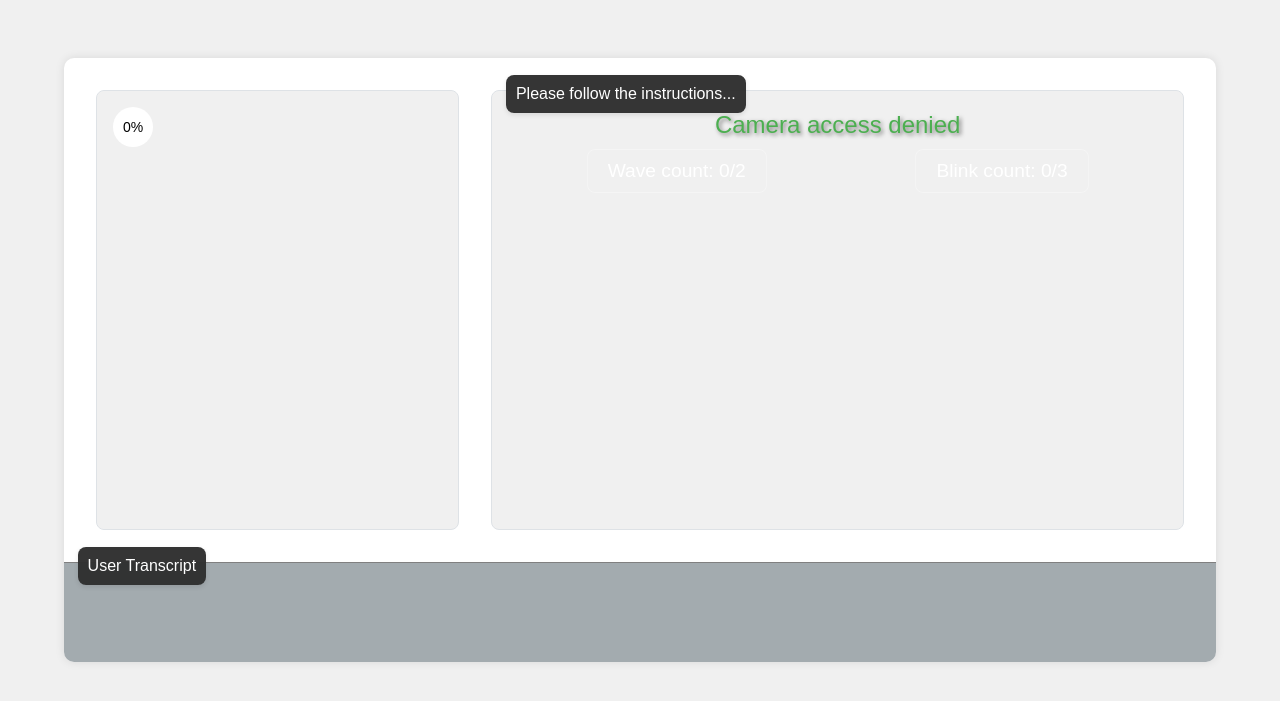
Repository: Ayaanns/E-kyc-BE-project
Page: http://localhost/
An editor plug-in stored every save of this project. The page is shown before and after the next save, followed by the edit.
The browser window is 1280 px wide. The pictures show the whole page.
The page is served by the project's application, run on Django 4.2 (manage.py). A made-up administrator, testuser (Test User, test@example.com), is signed in. Other server files are loaded and not shown.

Above is the page before, as saved 2025-03-02 02:16:09.

### templates/home.html
<!DOCTYPE html>
<html lang="en">
<head>
    {% load static %}
    <meta charset="UTF-8">
    <meta name="viewport" content="width=device-width, initial-scale=1.0">
    <link rel="stylesheet" href="{% static 'styles.css' %}">
    <style>
        .webcam-feed {
            position: relative;
            width: 100%;
            height: auto;
        }

        .webcam-feed video {
            width: 100%;
            height: auto;
            border-radius: 15px;
            object-fit: cover;
        }

        /* Overlay container for status indicators */
        .status-overlay {
            position: absolute;
            top: 0;
            left: 0;
            right: 0;
            z-index: 10;
            padding: 20px;
            /* background: linear-gradient(to bottom, rgba(0,0,0,0.7) 0%, transparent 100%); */
            border-radius: 15px 15px 0 0;
        }

        .status-indicators {
            display: flex;
            justify-content: space-around;
            margin: 10px 0;
            font-size: 1.2em;
        }

        .status-box {
            /* background: rgba(0,0,0,0.5); */
            padding: 10px 20px;
            border-radius: 8px;
            /* text-align: center; */
            color: white;
            border: 1px solid rgba(255,255,255,0.3);
        }

        .verification-message {
            font-size: 1.5em;
            color: #4caf50;
            text-align: center;
            margin: 0 0 10px 0;
            text-shadow: 2px 2px 4px rgba(0,0,0,0.5);
        }

        .questions {
            position: absolute;
            /* bottom: 20px; */
            /* left: 0;
            right: 0; */
            text-align: center;
            color: white;
            background: rgba(48, 48, 48, 0.973);
            padding: 10px;
            margin: 0 20px;
            border-radius: 8px;
        }
    </style>
</head>
<body>
    <div class="container">
        <div class="content">
            <div class="result-feed">
                <div class="completion-circle" id="completion-circle">0%</div>
            </div>
            <div class="webcam-feed">
                <video id="webcam" autoplay></video>
                <div class="status-overlay">
                    <div class="verification-message" id="messageText">Starting verification...</div>
                    <div class="status-indicators">
                        <div class="status-box">
                            Wave count: <span id="waveCount">0</span>/2
                        </div>
                        <div class="status-box">
                            Blink count: <span id="blinkCount">0</span>/3
                        </div>
                    </div>
                </div>
                <canvas id="canvasElement" style="display:none;"></canvas>
                <div class="questions" id="questions">Please follow the instructions...</div>
            </div>
        </div>
        <div class="transcript-section">
            <span class="questions">User Transcript</span>
            <p id="transcript"></p>
        </div>
    </div>

    <script>
        // Existing initialization code
        const video = document.getElementById('webcam');
        const canvas = document.getElementById('canvasElement');
        const ctx = canvas.getContext('2d');
        let verificationComplete = false;

        // Initialize webcam with human verification
        async function initCamera() {
            try {
                const stream = await navigator.mediaDevices.getUserMedia({ video: true });
                video.srcObject = stream;
                startVerificationProcess();
            } catch (err) {
                console.error("Error accessing camera:", err);
                document.getElementById('messageText').textContent = "Camera access denied";
            }
        }

        // Process frames for verification
        function processFrame() {
            if (verificationComplete) return;

            if (video.readyState === video.HAVE_ENOUGH_DATA) {
                canvas.width = video.videoWidth;
                canvas.height = video.videoHeight;
                ctx.drawImage(video, 0, 0);

                const frameData = canvas.toDataURL('image/jpeg');

                // Update the fetch URL to match the Django URL pattern
                fetch('{% url "process_frame" %}', {
                    method: 'POST',
                    headers: {
                        'Content-Type': 'application/json',
                        'X-CSRFToken': getCookie('csrftoken')
                    },
                    body: JSON.stringify({
                        frame: frameData
                    })
                })
                .then(response => response.json())
                .then(data => {
                    updateVerificationUI(data);
                    if (!data.phase_complete) {
                        requestAnimationFrame(processFrame);
                    }
                })
                .catch(err => {
                    console.error("Error:", err);
                    requestAnimationFrame(processFrame);
                });
            } else {
                requestAnimationFrame(processFrame);
            }
        }

        // Update UI with verification status
        function updateVerificationUI(data) {
            document.getElementById('messageText').textContent = data.message;
            document.getElementById('waveCount').textContent = data.wave_count;
            document.getElementById('blinkCount').textContent = data.blink_count;

            // Calculate completion percentage
            const totalSteps = 5; // 2 waves + 3 blinks
            const completedSteps = data.wave_count + data.blink_count;
            const percentage = Math.round((completedSteps / totalSteps) * 100);
            updateProgressCircle(percentage);

            if (data.phase_complete) {
                verificationComplete = true;
                startNLPProcess();
            }
        }

        // Existing helper functions
        function updateProgressCircle(percentage) {
            const circle = document.getElementById('completion-circle');
            circle.textContent = percentage + '%';
            circle.style.background = `conic-gradient(#4caf50 ${percentage * 3.6}deg, #ddd ${percentage * 3.6}deg)`;
        }

        function updateTranscript(data) {
            const transcript = document.getElementById('transcript');
            transcript.textContent = `First Name: ${data.first_name}, Last Name: ${data.last_name}, Age: ${data.age}, Phone: ${data.phone}`;
        }

        function askQuestion(question) {
            const questionsDiv = document.getElementById('questions');
            questionsDiv.textContent = question;
        }

        function startVerificationProcess() {
            document.getElementById('messageText').textContent = "Wave your hand to begin";
            processFrame();
        }

        // Modified startNLPProcess
        function startNLPProcess() {
            document.getElementById('messageText').textContent = "Verification complete! Starting voice recognition...";
            fetch('/nlp_process/')
                .then(response => response.json())
                .then(data => {
                    if (data.status === 'success') {
                        updateTranscript(data);
                        askQuestion("NLP process complete.");
                    } else {
                        askQuestion("NLP process failed.");
                    }
                })
                .catch(error => console.error('Error:', error));
        }

        // Get CSRF token
        function getCookie(name) {
            let cookieValue = null;
            if (document.cookie && document.cookie !== '') {
                const cookies = document.cookie.split(';');
                for (let i = 0; i < cookies.length; i++) {
                    const cookie = cookies[i].trim();
                    if (cookie.substring(0, name.length + 1) === (name + '=')) {
                        cookieValue = decodeURIComponent(cookie.substring(name.length + 1));
                        break;
                    }
                }
            }
            return cookieValue;
        }

        // Start the process
        document.addEventListener('DOMContentLoaded', (event) => {
            initCamera();
        });
    </script>
</body>
</html>

### ekyc/models.py
from django.db import models
from django.contrib.auth.models import AbstractBaseUser, PermissionsMixin, BaseUserManager
from django.utils import timezone
import random

class CustomUserManager(BaseUserManager):
    def create_user(self, email, username, password=None, **extra_fields):
        if not email:
            raise ValueError("The Email field must be set")
        email = self.normalize_email(email)
        user = self.model(email=email, username=username, **extra_fields)
        user.set_password(password)
        user.save(using=self._db)
        return user

    def create_superuser(self, email, username, password=None, **extra_fields):
        #extra_fields.setdefault('is_staff', True)
        extra_fields.setdefault('is_superuser', True)

        # if not extra_fields.get('is_staff'):
        #     raise ValueError("Superuser must have is_staff=True.")
        if not extra_fields.get('is_superuser'):
            raise ValueError("Superuser must have is_superuser=True.")

        return self.create_user(email, username, password, **extra_fields)

class CustomUser(AbstractBaseUser, PermissionsMixin):
    email = models.EmailField(unique=True)
    username = models.CharField(max_length=150, unique=True)
    is_active = models.BooleanField(default=True)
    pin = models.CharField(max_length=6)
    created_at = models.DateTimeField(auto_now_add=True)
    expires_at = models.DateTimeField(default=timezone.now)
    is_verified = models.BooleanField(default=True)

    objects = CustomUserManager()

    USERNAME_FIELD = 'email'
    REQUIRED_FIELDS = ['username']

    def __str__(self):
        return self.email


    def generate_pin(self):
        self.pin = str(random.randint(100000, 999999))
        self.expires_at = timezone.now() + timezone.timedelta(minutes=2)
        self.save()
        return self.pin

    def verify_pin(self, entered_pin):
        if timezone.now() > self.expires_at:
            return False, "PIN has Expired!"

        if self.pin != entered_pin:
            return False, "Incorrect PIN!"

        self.is_verified = True
        self.save()
        return True, "Email Successfully Verified!"


#models for sending the code and receving the code.
# class SendCode(models.Model): #for sending the code
#     email = models.OneToOneField(CustomUser, null=True, on_delete=models.CASCADE)
#     send_code = models.CharField(max_length=20)
#
#     def __str__(self):
#         return self.send_code
#
# class ReceivedCode(models.Model): #for sending the code
#     email = models.OneToOneField(CustomUser, null=True, on_delete=models.CASCADE)
#     receive_code = models.CharField(max_length=20)
#
#     def __str__(self):
#         return self.receive_code

# Create your models here.
class KYCSession(models.Model):
    name = models.CharField(max_length=100)
    birth_date = models.DateField()
    id_card_image = models.ImageField(upload_to='id_cards/')
    liveness_score = models.FloatField()
    result = models.TextField()
    created_at = models.DateTimeField(auto_now_add=True)

    def __str__(self):
        return self.name

### ekyc/views.py
from django.shortcuts import render, redirect
from django.urls import reverse_lazy
from django.contrib.auth.decorators import login_required
from django.contrib.auth import login, authenticate, get_user_model
from django.contrib.messages.views import SuccessMessageMixin
from django.contrib.auth.views import LoginView
from django.contrib import messages
from django.core.mail import send_mail
from django.conf import settings
from django.http import JsonResponse
from django.views.decorators.csrf import csrf_exempt
import numpy as np
import cv2
import json
import base64

import threading

from .forms import CustomUserCreationForm, CustomAuthenticationForm, PinVerificationForm
from ekyc import logger
from .models import CustomUser
from .HumanV import HumanVerificationSystem
from .NLP import UserInfo, get_user_info
from .OCR import capture_image_with_guide, extract_text_with_confidence, extract_aadhar_details

User = get_user_model()

def send_verification_email(user):
    subject = "Email Verification PIN"
    message = f"""
    Hello {user.username},

    Your email verification PIN is: {user.pin}

    This PIN will expire in 24 hours.

    Thank you,
    Your Website Team
    """
    from_email = settings.DEFAULT_FROM_EMAIL
    recipient_list = [user.email]

    send_mail(subject, message, from_email, recipient_list)

@login_required
def ekyc_home(request):
    return render(request, 'home.html')

def signup_view(request):
    logger.info("into the signup page view")
    if request.method == 'POST':
        form = CustomUserCreationForm(request.POST)
        if form.is_valid():
            user = form.save(commit=False)
            user.is_active = True  # User needs to be active to log in
            user.is_verified = False  # But not verified yet
            user.generate_pin()
            user.save()

            # Send verification email
            send_verification_email(user)

            # Log in the user after signup
            raw_password = form.cleaned_data.get('password1')
            user = authenticate(email=user.email, password=raw_password)
            if user is not None:
                login(request, user)
                messages.success(request, f"Verification PIN sent to {user.email}.")
                return redirect('verify_pin')
    else:
        form = CustomUserCreationForm()
    return render(request, 'signup.html', {'form': form})

@login_required
def verify_pin(request):
    user = request.user

    if user.is_verified:
        messages.info(request, "Your email is already verified.")
        return redirect("ekyc_home")

    if request.method == "POST":
        form = PinVerificationForm(request.POST)
        if form.is_valid():
            entered_pin = form.cleaned_data.get('pin')
            success, message = user.verify_pin(entered_pin)

            if success:
                user.is_verified = True
                user.save()
                messages.success(request, message)
                return redirect('ekyc_home')
            else:
                messages.error(request, message)
    else:
        form = PinVerificationForm()

    return render(request, 'signup.html', {'form': form})

class Login(SuccessMessageMixin, LoginView):
    template_name = 'login.html'
    success_url = reverse_lazy('ekyc_home')
    success_message = "Successfully logged in!"
    form_class = CustomAuthenticationForm

    def get_success_url(self):
        return self.success_url

    def form_valid(self, form):
        """Security check complete. Log the user in."""
        user = form.get_user()
        if not user.is_verified:
            messages.error(self.request, "Please verify your email before logging in.")
            login(self.request, user)
            return redirect('verify_pin')
        return super().form_valid(form)

#--MAIN FEATURS HERE ---------------------------------
@login_required
def process_video(request):
    logger.info("INTO THE process_video PAGE RIGHT NOW!")
    if request.method == "POST":
        video_feed = request.FILES.get('video')
        liveness_score = 0.95
        return JsonResponse({'liveness_score': liveness_score})
    return JsonResponse({'error': 'invalide request'})


@login_required
def process_id_card(request):
    logger.info("INTO THE process_id_card PAGE RIGHT NOW!")
    if request.method == "POST":
        id_image = request.FILES.get('id_image')
        result = "Valid ID"
        return JsonResponse({'result': result})
    return JsonResponse({'error': 'invalide request'})

def home(request):
    return render(request, 'home.html')

@login_required
def human_verification(request):
    """Handle both GET (initial page load) and POST (frame processing) requests"""
    if request.method == 'GET':
        return render(request, 'human_verification.html')

    elif request.method == 'POST':
        try:
            data = json.loads(request.body)
            frame_data = data.get('frame')

            if not frame_data:
                return JsonResponse({
                    'status': 'error',
                    'message': 'No frame data provided'
                })

            # Process the frame using verifier
            frame_bytes = base64.b64decode(frame_data.split(',')[1])
            frame_arr = np.frombuffer(frame_bytes, np.uint8)
            frame = cv2.imdecode(frame_arr, cv2.IMREAD_COLOR)

            result = verifier.verify_frame(frame)
            return JsonResponse(result)

        except Exception as e:
            logger.error(f"Error in human verification: {str(e)}")
            return JsonResponse({
                'status': 'error',
                'message': str(e)
            })

    return JsonResponse({
        'status': 'error',
        'message': 'Invalid request method'
    })

def nlp_process(request):
    user_info = UserInfo()
    stop_event = threading.Event()
    info_thread = threading.Thread(target=get_user_info, args=(stop_event, user_info))
    info_thread.start()
    info_thread.join()
    return JsonResponse({
        'status': 'success',
        'first_name': user_info.first_name,
        'last_name': user_info.last_name,
        'age': user_info.age,
        'phone': user_info.phone
    })

def ocr_process(request):
    image_path = capture_image_with_guide()
    if not image_path:
        return JsonResponse({'status': 'failure', 'message': 'Image capture failed.'})

    text_results = extract_text_with_confidence(image_path)
    if not text_results:
        return JsonResponse({'status': 'failure', 'message': 'No text could be extracted from the image.'})

    details = extract_aadhar_details(text_results)
    return JsonResponse(details)

verifier = HumanVerificationSystem()

@csrf_exempt
def process_frame(request):
    if request.method != 'POST':
        return JsonResponse({'error': 'Only POST requests are allowed'})

    try:
        data = json.loads(request.body)
        frame_data = data.get('frame')

        if not frame_data:
            return JsonResponse({'error': 'No frame data provided'})

        # Convert base64 to frame
        frame_bytes = base64.b64decode(frame_data.split(',')[1])
        frame_arr = np.frombuffer(frame_bytes, np.uint8)
        frame = cv2.imdecode(frame_arr, cv2.IMREAD_COLOR)

        # Process frame
        result = verifier.verify_frame(frame)
        return JsonResponse(result)

    except Exception as e:
        return JsonResponse({'error': str(e)})

@csrf_exempt
def capture_photo(request):
    if request.method != 'POST':
        return JsonResponse({'error': 'Only POST requests are allowed'})

    try:
        data = json.loads(request.body)
        frame_data = data.get('frame')

        if not frame_data:
            return JsonResponse({'error': 'No frame data provided'})

        # Convert base64 to frame
        frame_bytes = base64.b64decode(frame_data.split(',')[1])
        frame_arr = np.frombuffer(frame_bytes, np.uint8)
        frame = cv2.imdecode(frame_arr, cv2.IMREAD_COLOR)

        # Save photo
        filename = verifier.save_photo(frame)
        if filename:
            return JsonResponse({'success': True, 'filename': filename})
        else:
            return JsonResponse({'error': 'Failed to save photo'})

    except Exception as e:
        return JsonResponse({'error': str(e)})

### ekyc_project/urls.py
"""
URL configuration for ekyc_project project.

The `urlpatterns` list routes URLs to views. For more information please see:
    https://docs.djangoproject.com/en/4.2/topics/http/urls/
Examples:
Function views
    1. Add an import:  from my_app import views
    2. Add a URL to urlpatterns:  path('', views.home, name='home')
Class-based views
    1. Add an import:  from other_app.views import Home
    2. Add a URL to urlpatterns:  path('', Home.as_view(), name='home')
Including another URLconf
    1. Import the include() function: from django.urls import include, path
    2. Add a URL to urlpatterns:  path('blog/', include('blog.urls'))
"""

from django.contrib import admin
from django.urls import path, include

urlpatterns = [
    path("admin/", admin.site.urls),
    path('', include('ekyc.urls')),  # Include ekyc app URLs
]

### ekyc/urls.py
from django.urls import path
from . import views

urlpatterns = [
    path('', views.ekyc_home, name="ekyc_home"),
    path('process_video/', views.process_video, name="process_video"),
    path('process_id_card/', views.process_id_card, name="process_id_card"),
    path('human_verification/', views.human_verification, name='human_verification'),
    path('nlp_process/', views.nlp_process, name='nlp_process'),
    path('ocr_process/', views.ocr_process, name='ocr_process'),
    path('process_frame/', views.process_frame, name='process_frame'),
    path('capture_photo/', views.capture_photo, name='capture_photo'),

    #login related routes
    path('login/', views.Login.as_view(), name="login"),
    path('signup/', views.signup_view, name="signup"),
    path('verify/', views.verify_pin, name="verify_pin"),
]

### ekyc/static/styles.css
* {
    margin: 0;
    padding: 0;
    box-sizing: border-box;
}

body {
    font-family: Arial, sans-serif;
    background-color: #f0f0f0;
    height: 100vh;
    display: flex;
    justify-content: center;
    align-items: center;
}

.container {
    width: 90%;
    max-width: 1200px;
    background: white;
    border-radius: 10px;
    box-shadow: 0 0 10px rgba(0,0,0,0.1);
    overflow: hidden;
}

.navbar {
    background: #f8f9fa;
    padding: 1rem;
    border-bottom: 1px solid #dee2e6;
}

.content {
    display: flex;
    padding: 2rem;
    gap: 2rem;
    height: 70vh;
}

.webcam-feed {
    flex: 2;
    background: #f0f0f0;
    border-radius: 8px;
    padding: 1rem;
    position: relative;
    border: 1px solid#dee2e6;
}

.result-feed {
    flex: 1;
    background: #f0f0f0;
    border-radius: 8px;
    padding: 1rem;
    border: 1px solid#dee2e6;
}

.questions {
    top: -1em;
    left: -.4em;
    position: absolute;
    background: white;
    padding: 0.5rem 1rem;
    border-radius: 20px;
    box-shadow: 0 2px 5px rgba(0,0,0,0.1);
}

.transcript-section {
    border-top: 1px solid gray;
    position: relative;
    text-align: left;
    background-color:#a3abaf;
    padding: 2em;
    height: 100px;
}

.completion-circle {
    right: 20px;
    bottom: 20px;
    width: 40px;
    height: 40px;
    border-radius: 50%;
    background: white;
    display: flex;
    align-items: center;
    justify-content: center;
    font-size: 14px;
}

/* Placeholder circles for demo */
/*
.circle {
    width: 100px;
    height: 100px;
    border-radius: 50%;
    border: 2px solid #dee2e6;
    margin: 20px auto;
}

.eye-shape {
    width: 200px;
    height: 100px;
    border-radius: 0 0 100px 100px;
    border: 2px solid #dee2e6;
    margin: 20px auto;
    transform: rotate(180deg);
}
*/

After the next save:
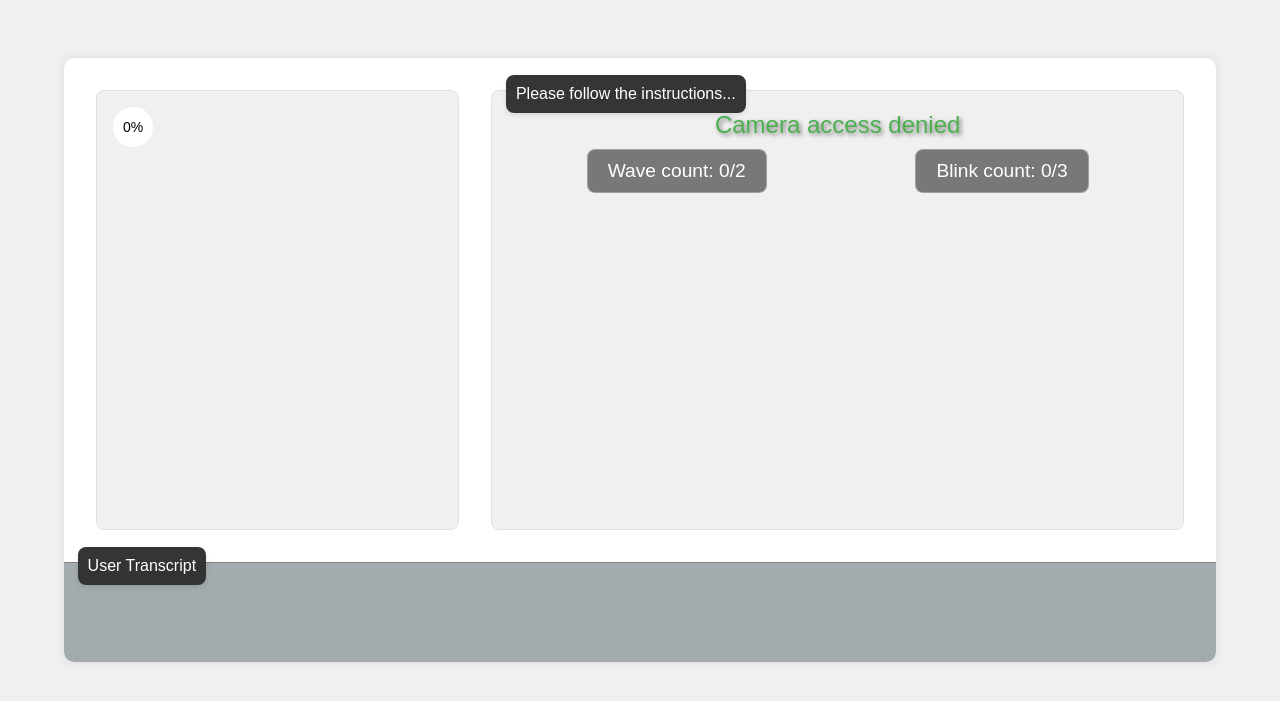
Saved 18 s later.
--- a/templates/home.html
+++ b/templates/home.html
@@ -39,10 +39,10 @@
         }
 
         .status-box {
-            /* background: rgba(0,0,0,0.5); */
+            background: rgba(0,0,0,0.5);
             padding: 10px 20px;
             border-radius: 8px;
-            /* text-align: center; */
+            text-align: center;
             color: white;
             border: 1px solid rgba(255,255,255,0.3);
         }
